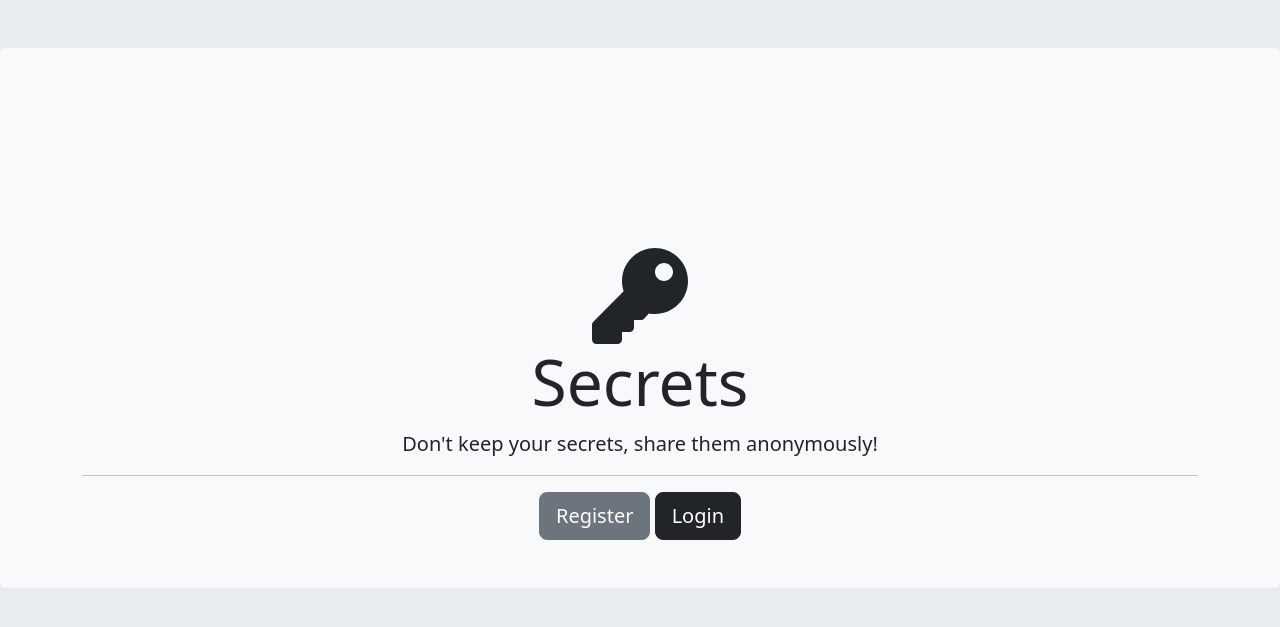
Repository: hritik1204/authentication
Page: http://localhost/
The author's editor kept a copy of each file at every save. The page is drawn from the files as they stood at one save, then again after the next save.
The browser window is 1280 px wide. The pictures show the whole page.
The page is served by the project's Node server (app.js).

Above is the page before, as saved 2022-07-07 17:21:34.

After the next save:
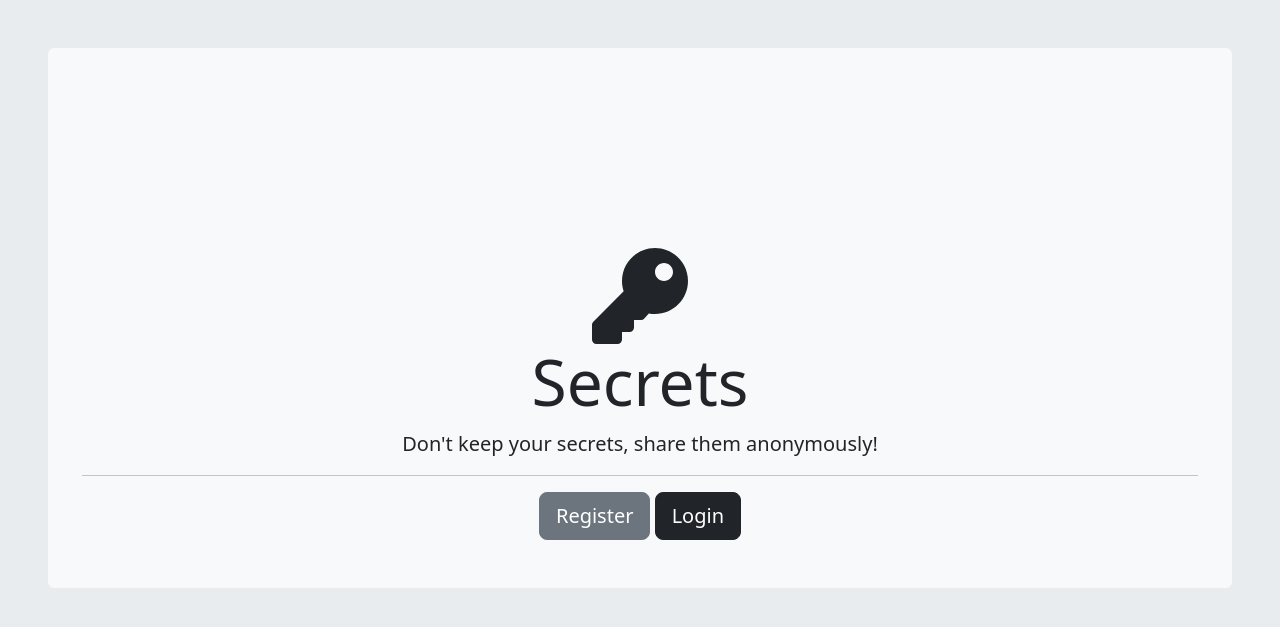
Saved 30 s later.
--- a/views/home.ejs
+++ b/views/home.ejs
@@ -1,7 +1,7 @@
 <%- include('partials/header') %>
 
 
-    <div class="bg-light  rounded pb-5 mt-5 px-1  centered">
+    <div class="bg-light  rounded pb-5 mt-5 mx-5  centered">
         <div class="container">
             <i class="fas fa-key fa-6x"></i>
             <h1 class="display-3">Secrets</h1>
